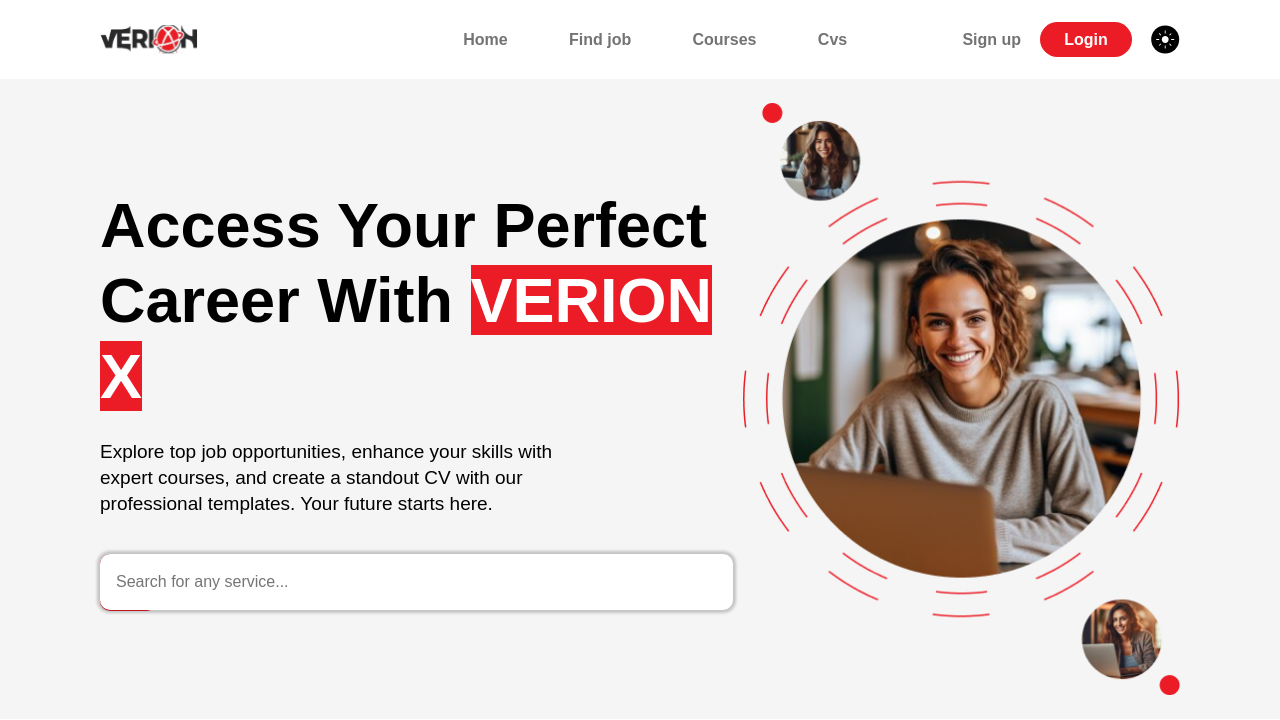
Repository: SahMenz/verionX
Page: /
These files come from the project's save history. The page is drawn as it stood at one moment and after the next save; the edit follows.
The browser window is 1280 px wide. The pictures show the whole page.
The project was rebuilt for these pictures with package versions that can differ from the ones it lists, and the page was loaded fresh each time. Also part of the build but not shown: vite.config.js.

Above is the page before, as saved 2024-06-14 15:15:21.

After the next save:
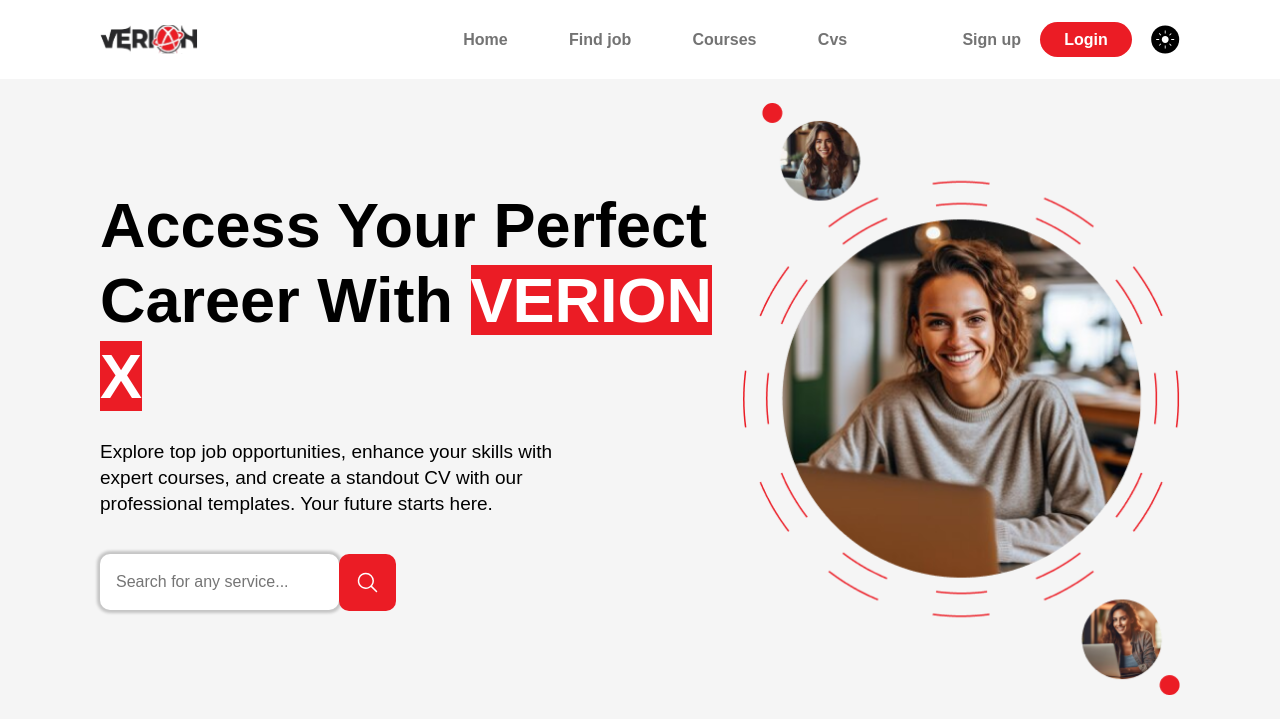
Saved 32 s later.
--- a/src/components/home/hero/hero.jsx
+++ b/src/components/home/hero/hero.jsx
@@ -10,7 +10,7 @@ function Hero() {
                 Explore top job opportunities, enhance your skills with expert courses, and create a standout CV with our professional templates. Your future starts here.
             </div>
             <div className="search-container">
-                <input type="text" placeholder="Search for any service..."  style={{position: "absolute",width: "633px", borderRadius:"10px", boxShadow: "0px 0px 3px 3px rgba(0, 0, 0, 0.2)"}} className='p-3'/>
+                <input type="text" placeholder="Search for any service..."  style={{width: "fitContent", borderRadius:"10px", boxShadow: "0px 0px 3px 3px rgba(0, 0, 0, 0.2)"}} className='p-3'/>
                 <button className="bg-eb p-3" style={{borderRadius:"10px", border:"none", }}><CustomSvg name="search"/></button>
             </div>
             <div></div>
